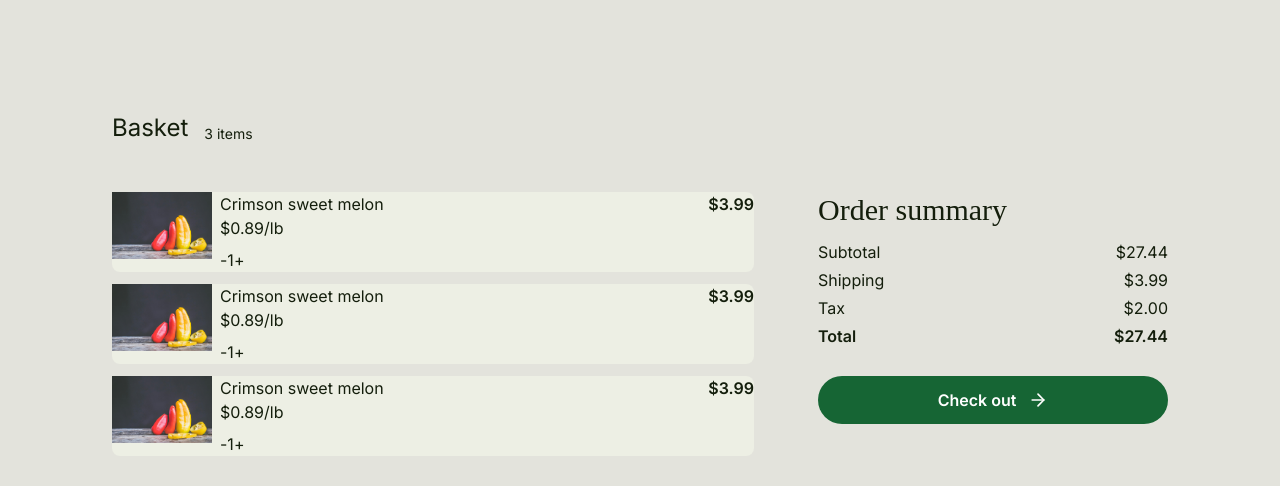
Repository: wswiselife/CSS
Page: / (app in figma-20240618/)
The author's editor kept a copy of each file at every save. The page is drawn from the files as they stood at one save, then again after the next save.
The browser window is 1280 px wide. The pictures show the part of the page from y = 1280 to 1766 px (the page is 1766 px tall).
Some web fonts or font styles are not loaded; a fallback is used. The project was rebuilt for these pictures with package versions that can differ from the ones it lists, and the page was loaded fresh each time. The framework's server and built-in components were replaced by stand-ins that run in the browser. Also part of the build but not shown: figma-20240618/next.config.mjs, figma-20240618/app/components/navbar/UserItem.tsx.

Above is the page before, as saved 2024-06-19 07:51:51.

### figma-20240618/app/layout.tsx
import type { Metadata } from "next";
import { Inter } from "next/font/google";
import "./globals.css";

import Layout from "./components/Layout";

const inter = Inter({ subsets: ["latin"] });

export const metadata: Metadata = {
  title: "Figma hero clone",
  description: "Figma hero clone",
};

export default function RootLayout({
  children,
}: Readonly<{
  children: React.ReactNode;
}>) {
  return (
    <html lang="en">
      <body className={inter.className}>
        <Layout>
          {children}
        </Layout>
      </body>
    </html>
  );
}

### figma-20240618/app/page.tsx

import Basket from "./components/Basket";
import Hero from "./components/Hero";
import Navbar from "./components/navbar/Navbar";

export default function Home() {
  return (
   <>
     <Navbar />
     <div className="mt-20">
        <Hero />
     </div>
     <Basket />
   </>
  );
}

### figma-20240618/app/globals.css
@import url("https://fonts.googleapis.com/css2?family=Playwrite+IS:wght@100..400&display=swap");

@tailwind base;
@tailwind components;
@tailwind utilities;

:root {
    --primary-color: #476730;

    --font-color: #141e0c;
    --bg-color: #e3e3dc;
}

html {
    color: var(--font-color);
    background-color: var(--bg-color);
}

@layer components {
    .hero-p {
        @apply font-serif text-3xl md:text-5xl lg:text-6xl;
    }

    .hero-span {
        @apply font-sans;
    }
}

### figma-20240618/app/components/Layout.tsx
interface LayoutProps {
    children: React.ReactNode
}

const Layout:React.FC<LayoutProps> = ({children})=>{
    return (
        <div className="h-screen w-screen ">
            <div className="h-full w-full">
                {children}
            </div>
        </div>
    )
}

export default Layout

### figma-20240618/app/components/Basket.tsx
'use client'
import { FiArrowRight } from "react-icons/fi";

import BasketItem from "./BasketItem"
import Button from "./Button"
import Header from "./Header"

const Basket = ()=>{

    const operateContent = (
        <div className="flex justify-center items-center gap-4">
            <Button label="Default" onClick={()=>{}} ></Button>
            <Button label="A-Z" onClick={()=>{}} ></Button>
            <Button label="List view" onClick={()=>{}} ></Button>
        </div>
    )

    const data = [
        {
            id:1,
            title:'crimson sweet melon',
            price:'1.78',
            unit:"lb",
            cover:'https://images.pexels.com/photos/1391487/pexels-photo-1391487.jpeg?auto=compress&cs=tinysrgb&w=600'
        },
        {
            id:2,
            title:'crimson sweet melon',
            price:'1.78',
            unit:"lb",
            cover:'https://images.pexels.com/photos/1391487/pexels-photo-1391487.jpeg?auto=compress&cs=tinysrgb&w=600'
        },
        {
            id:3,
            title:'crimson sweet melon',
            price:'1.78',
            unit:"lb",
            cover:'https://images.pexels.com/photos/1391487/pexels-photo-1391487.jpeg?auto=compress&cs=tinysrgb&w=600'
        }
    ]

    return(
        <div className="
            flex
            flex-col
            p-8
            md:px-16
            lg:px-28
        ">
            <Header title="Basket" desc="3 items"  />

            <div className="
                flex
                justify-center
                items-start
                flex-wrap
                mt-12
                gap-8
                md:gap-16
                lg:gap-16
            ">
                {/* basket */}
                <div className="
                    flex
                    flex-1
                    flex-col
                    gap-3

                    items-center
                    min-w-[400px]
                ">
                    <BasketItem title="Crimson sweet melon" price="0.89" unit='lb' />
                    <BasketItem title="Crimson sweet melon" price="0.89" unit='lb' />
                    <BasketItem title="Crimson sweet melon" price="0.89" unit='lb' />
                </div>

                {/* order summary */}
                <div className="w-full md:w-[350px]">
                    {/* title */}
                    <div className="text-3xl text-center md:text-left font-playwrite">
                        Order summary
                    </div>

                    <div className="
                        flex
                        flex-col
                        gap-1
                        py-3
                    ">
                        <div className="flex justify-between items-center">
                            <p>Subtotal</p>
                            <p>${27.44}</p>
                        </div>
                        <div className="flex justify-between items-center">
                            <p>Shipping</p>
                            <p>${3.99}</p>
                        </div>
                        <div className="flex justify-between items-center">
                            <p>Tax</p>
                            <p>$2.00</p>
                        </div>
                        <div className="flex justify-between items-center font-semibold">
                            <p>Total</p>
                            <p>${27.44}</p>
                        </div>
                    </div>

                    {/* button */}
                    <div className="w-full mt-4">
                        <Button label="Check out" onClick={()=>{}} fullWidth icon={FiArrowRight} />
                    </div>

                </div>
            </div>
        </div>
    )
}

export default Basket

### figma-20240618/app/components/Hero.tsx
'use client'

import Button from "./Button"

const Hero = ()=>{

    return(
        <div className="">

            {/* first path */}
            <div className="flex flex-col justify-center items-center">
                {/* title */}
                <div className="
                    flex
                    flex-col
                    items-center
                    gap-2
                    md:gap-4
                    lg:gap-8
                    py-12
                    md:py-20
                    lg:py-[121px]
                ">
                    <p className="hero-p">We're <span className="hero-span font-playwrite">farmers,purveyors,</span></p>
                    <p className="hero-p"> and <span className="hero-span font-playwrite">eaters </span>of originically</p>
                    <p className="hero-p">grown food.</p>
                </div>

                <Button label="Browse our shop" onClick={()=>{}} />
            </div>

            {/* image path */}
            <div className="flex flex-row flex-wrap justify-center items-center gap-16 py-20 ">

                <img
                    src="/images/photo4.jpg"
                    alt="photo"
                    className="
                        w-[420px]
                        h-[450px]
                        md:w-[300px]
                        md:h-[380px]
                        lg:w-[400px]
                        lg:h-[580px]
                        rounded-lg
                        object-cover
                "/>

                <div className="
                    relative
                    w-[420px]
                    h-[450px]
                    md:w-[380px]
                    md:h-[300px]
                    lg:w-[520px]
                    lg:h-[400px]
                ">
                    <img
                        src="/images/photo5.jpg"
                        alt="photo"
                        className="
                            rounded-lg
                            object-cover
                        "
                    />
                    <div className="text-sm py-4 md:text-base">

                        <p className="lg:max-w-520px md:max-w-380px max-w-420px">
                            <span className="font-semibold">Central California </span>
                            — The person who grew these was located in Central California and, er, hopefully very well-compensated.
                        </p>
                    </div>
                </div>
            </div>
        </div>
    )
}

export default Hero

### figma-20240618/app/components/navbar/Navbar.tsx
import Logo from './Logo'
import Usermenu from './Usermenu'

const Navbar = ()=>{
    return (
        <div className='z-50 fixed top-0 w-full bg-[var(--bg-color)]'>
            <div className="
                flex
                justify-between
                items-center
                px-8
                py-4
                md:px-12
                md:py-8
                lg:px-[111px]
                lg:py-[32px]

            ">
                <Logo />
                <Usermenu />
            </div>
        </div>
    )
}

export default Navbar

### figma-20240618/app/components/BasketItem.tsx
import Image from "next/image";
import { useState } from "react";

interface BasketItemProps {
    title:string;
    price?:string;
    cover?:string;
    unit?:string;
}

const BasketItem:React.FC<BasketItemProps> = ({
    title,
    price,
    cover,
    unit
})=>{

    const [count,setCount] = useState(1)

    return(
        <div className="
            flex
            flex-row
            gap-2
            w-full
            bg-[#edefe4]
            rounded-lg
        ">
            <div>
                <Image
                    width={100}
                    height={90}
                    alt="photo"
                    src={'/image/photo1.jpg'}
                />
            </div>
            <div className="flex flex-1 flex-col gap-2">

                {/* desc */}
                <div className="flex flex-row justify-between items-start">
                    <div className="flex-1">
                        <p>{title}</p>
                        <p>${price}/{unit}</p>
                    </div>
                    <div className="font-semibold">${3.99}</div>
                </div>

                {/* count */}
                <div className="flex">
                    <span>-</span>
                    <span>{count}</span>
                    <span>+</span>
                </div>

            </div>
        </div>
    )
}

export default BasketItem

### figma-20240618/app/components/Button.tsx
'use client'

import { IconType } from "react-icons";

interface ButtonProps {
    label: string;
    onClick:()=>void
    secondry?:boolean
    disabled?:boolean
    icon?:IconType
    fullWidth?:boolean
}

const Button:React.FC<ButtonProps> = ({
    label,
    onClick,
    secondry,
    disabled,
    icon:Icon,
    fullWidth
})=>{
    return (
        <button
            onClick={onClick}
            disabled={disabled}
            className={`
                flex
                flex-row
                justify-center
                items-center
                gap-3
                px-6
                py-3
                font-semibold
                disabled:opacity-70
                disabled:cursor-not-allowed
                hover:opacity-80
                ${secondry?'rounded':'rounded-full'}
                ${secondry?'bg-white':'bg-green-800'}
                ${secondry?'text-black':'text-white '}
                ${fullWidth?'w-full':'w-auto'}
                ${fullWidth?'text-center':''}

        `}>
            {label}
            {
                Icon && (<Icon size={20} ></Icon>)
            }
        </button>
    )
}

export default Button

### figma-20240618/app/components/Header.tsx
'use client'
import { ReactNode } from "react";

interface HeaderProps {
    title:string;
    desc?:string;
    operate?:ReactNode
}

const Header:React.FC<HeaderProps> = ({
    title,
    desc,
    operate
})=>{
    return(
        <div className="
            w-full
            flex
            flex-row
            justify-between
            items-center

        ">
            {/* header */}
            <div className="
                flex
                items-end
                gap-4

            ">
                <div className="text-2xl flex justify-end items-end">{title}</div>
                <div className="text-sm">{desc}</div>
            </div>

            {/* operate */}
            <div >
                {operate}
            </div>
        </div>
    )
}

export default Header

### figma-20240618/app/components/navbar/Logo.tsx

const Logo = ()=>{
    return(
        <div className="text-xl lg:text-3xl font-bold cursor-pointer">World Peas</div>
    )
}

export default Logo

### figma-20240618/app/components/navbar/Usermenu.tsx
'use client'

import { FiShoppingBag } from "react-icons/fi";
import { IoAppsOutline } from "react-icons/io5";

import useUserMenuModal from "../../hooks/useUserMenu";
import UserItem from "./UserItem";
import Button from "../Button";

const Usermenu = ()=>{

    const userMenuModal = useUserMenuModal()

    const onToggle = ()=>{
        userMenuModal.isOpen?userMenuModal.onClose():userMenuModal.onOpen()
    }

    return(
        <div className="
            flex
            items-center
            gap-4
            md:gap-4
        ">

            {/* desktop */}
            <div className="
                md:flex
                flex-row
                justify-between
                items-center
                md:gap-3
                hidden

            ">
                <div className="p-4 font-semibold text-xl">Shop</div>
                <div className="p-4 font-semibold text-xl">Newstand</div>
                <div className="p-4 font-semibold text-xl">Who we are</div>
            </div>

            {/* basket */}
            <Button label="Basket" onClick={()=>{}} icon={FiShoppingBag} />

            {/* mobile */}
            <div
                onClick={onToggle}
                className="
                    flex
                    justify-center
                    items-center
                    relative
                    p-4
                    cursor-pointer
                    transition
                    md:hidden
            ">
                <IoAppsOutline size={22} />

                {/* menu */}
                {
                    userMenuModal.isOpen && (
                        <div className="
                            absolute
                            top-16
                            right-0
                            w-80
                            bg-white
                            rounded-md
                            transition
                        ">
                            <UserItem onClick={() =>{}} label="shop"/>
                            <UserItem onClick={() =>{}} label="newstand"/>
                            <UserItem onClick={() =>{}} label="who we are"/>
                        </div>
                    )
                }

            </div>


        </div>
    )
}

export default Usermenu

### figma-20240618/app/hooks/useUserMenu.ts
import { create } from "zustand";

interface UserMenuStore {
    isOpen: boolean;
    onOpen: () => void;
    onClose: () => void;
}

const useUserMenuModal = create<UserMenuStore>(set => ({
    isOpen: false,
    onOpen: () => set({ isOpen: true }),
    onClose: () => set({ isOpen: false }),
}));

export default useUserMenuModal;

### figma-20240618/tailwind.config.ts
import type { Config } from "tailwindcss";

const config: Config = {
    content: [
        "./pages/**/*.{js,ts,jsx,tsx,mdx}",
        "./components/**/*.{js,ts,jsx,tsx,mdx}",
        "./app/**/*.{js,ts,jsx,tsx,mdx}",
    ],
    theme: {
        extend: {
            backgroundImage: {
                "gradient-radial": "radial-gradient(var(--tw-gradient-stops))",
                "gradient-conic":
                    "conic-gradient(from 180deg at 50% 50%, var(--tw-gradient-stops))",
            },
            fontFamily: {
                playwrite: ['"Playwrite IS"', "cursive"],
            },
        },
    },
    plugins: [],
};
export default config;

After the next save:
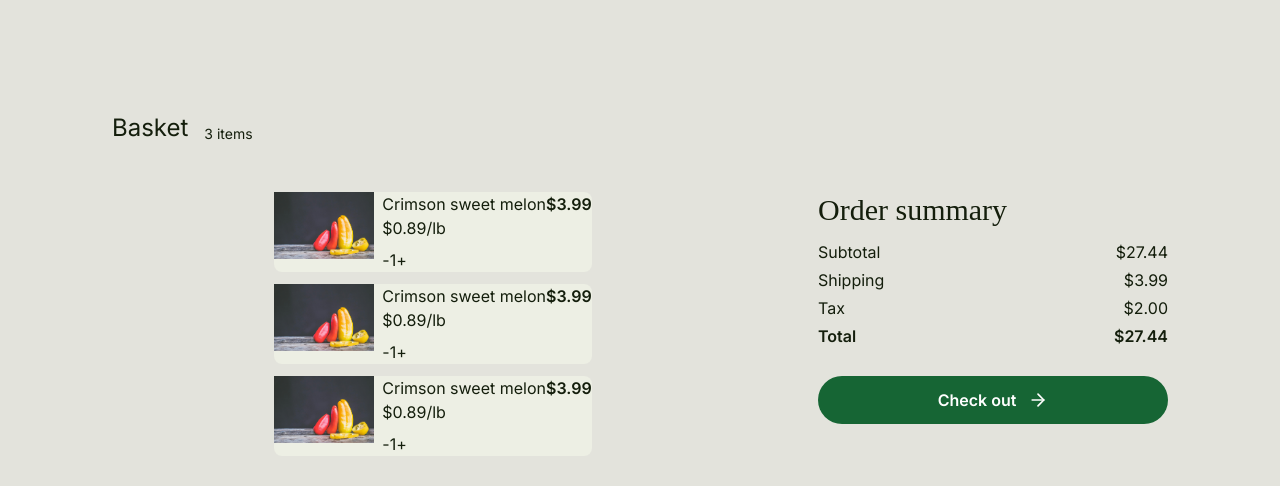
Saved 87 s later.
--- a/figma-20240618/app/components/Basket.tsx
+++ b/figma-20240618/app/components/Basket.tsx
@@ -69,9 +69,15 @@ const Basket = ()=>{
                     items-center
                     min-w-[400px]
                 ">
-                    <BasketItem title="Crimson sweet melon" price="0.89" unit='lb' />
-                    <BasketItem title="Crimson sweet melon" price="0.89" unit='lb' />
-                    <BasketItem title="Crimson sweet melon" price="0.89" unit='lb' />
+                    {
+                        data.map(()=>(
+                            <div>
+                                <BasketItem title="Crimson sweet melon" price="0.89" unit='lb' />
+                            </div>
+                        ))
+                    }
+
+
                 </div>
 
                 {/* order summary */}
